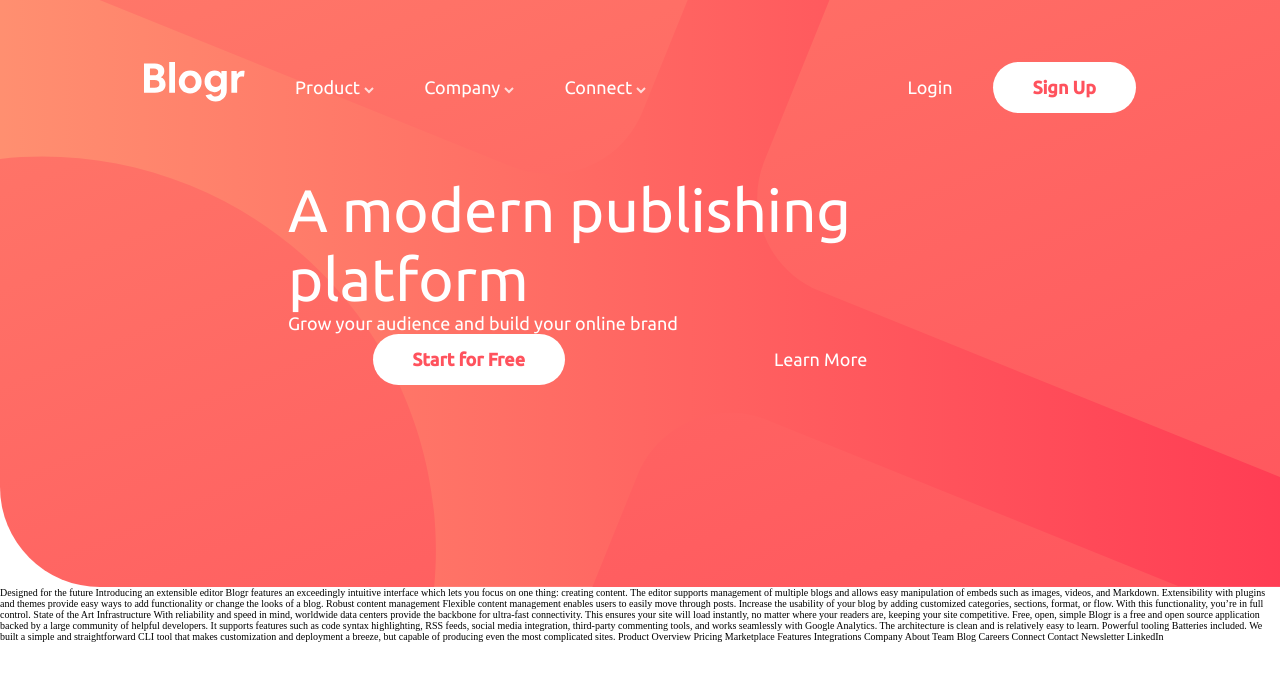
Repository: tomas938/tomaspage3
Page: index.html
These files come from the project's save history. The page is drawn as it stood at one moment and after the next save; the edit follows.
The browser window is 1280 px wide. The pictures show the whole page.
The style sheet was rebuilt from its Sass, Less or Tailwind sources for each picture, by a compiler version that may differ from the author's.

Above is the page before, as saved 2021-07-30 09:17:56.

### index.html
<!DOCTYPE html>
<html lang="en">
	<head>
		<meta charset="UTF-8" />
		<meta name="viewport" content="width=device-width, initial-scale=1.0" />
		<!-- displays site properly based on user's device -->

		<link
			rel="icon"
			type="image/png"
			sizes="32x32"
			href="./images/favicon-32x32.png"
		/>

		<title>Frontend Mentor | [Blogr]</title>

		<link rel="stylesheet" href="./scss/main.css" />
	</head>
	<body>
		<section class="intro">
			<header>
				<nav class="intro__navigation">
					<div class="intro__navigation__logo">
						<svg width="101" height="40" xmlns="http://www.w3.org/2000/svg">
							<path
								d="M0 30.803V1.486h10.653c1.982 0 3.695.31 5.14.93 1.446.619 2.56 1.5 3.345 2.642.785 1.142 1.177 2.484 1.177 4.026 0 1.404-.303 2.636-.909 3.695a6.48 6.48 0 01-2.56 2.498c1.487.578 2.643 1.494 3.469 2.746.826 1.253 1.239 2.732 1.239 4.439 0 1.707-.44 3.18-1.322 4.418-.88 1.239-2.12 2.202-3.716 2.89-1.596.688-3.482 1.033-5.657 1.033H0zM5.946 6.565v6.73h4.046c1.35 0 2.388-.282 3.118-.846.73-.564 1.094-1.397 1.094-2.498 0-1.101-.365-1.94-1.094-2.519-.73-.578-1.769-.867-3.118-.867H5.946zm0 19.159h4.624c1.542 0 2.732-.33 3.572-.991.84-.66 1.26-1.61 1.26-2.85 0-1.238-.42-2.188-1.26-2.848-.84-.66-2.03-.991-3.572-.991H5.946v7.68zm19.282 5.079V0h5.781v30.803h-5.78zm20.893.619c-1.624 0-3.124-.29-4.5-.867a10.94 10.94 0 01-3.593-2.416 10.96 10.96 0 01-2.374-3.654c-.564-1.404-.846-2.931-.846-4.583 0-1.652.289-3.173.867-4.563a11.354 11.354 0 012.415-3.654 10.96 10.96 0 013.634-2.436c1.39-.578 2.91-.867 4.562-.867 1.625 0 3.125.289 4.501.867a10.94 10.94 0 013.592 2.416 11.01 11.01 0 012.375 3.633c.564 1.39.846 2.911.846 4.563 0 1.651-.289 3.179-.867 4.583a11.297 11.297 0 01-2.416 3.675 10.96 10.96 0 01-3.633 2.436c-1.39.578-2.911.867-4.563.867zm.083-5.203c1.046 0 1.982-.275 2.808-.825.825-.551 1.48-1.301 1.96-2.25.483-.95.723-2.03.723-3.242 0-1.211-.24-2.292-.722-3.241-.482-.95-1.136-1.7-1.961-2.25-.826-.551-1.762-.826-2.808-.826-1.046 0-1.982.275-2.808.825-.826.55-1.48 1.301-1.961 2.25-.482.95-.723 2.03-.723 3.242 0 1.211.241 2.292.723 3.241.482.95 1.135 1.7 1.961 2.25.826.551 1.762.826 2.808.826zm24.155 3.964a9.13 9.13 0 01-3.86-.826 9.492 9.492 0 01-3.118-2.291c-.881-.977-1.57-2.12-2.065-3.427-.495-1.308-.743-2.719-.743-4.233 0-1.569.255-3.02.764-4.356a10.614 10.614 0 012.147-3.489 10.174 10.174 0 013.22-2.333c1.225-.564 2.554-.846 3.985-.846 1.404 0 2.67.282 3.799.846a7.402 7.402 0 012.807 2.457l.124-2.684h5.327v19.2c0 1.68-.269 3.207-.805 4.584-.537 1.376-1.301 2.56-2.292 3.55a10.231 10.231 0 01-3.53 2.292c-1.363.537-2.87.805-4.522.805-1.624 0-3.083-.254-4.376-.764a10.468 10.468 0 01-3.386-2.126 10.035 10.035 0 01-2.271-3.18L67.097 32a5.452 5.452 0 001.92 1.879c.784.454 1.672.681 2.663.681 1.074 0 2.003-.24 2.787-.723.785-.481 1.397-1.156 1.838-2.023.44-.867.66-1.879.66-3.035v-1.775a7.793 7.793 0 01-2.828 2.333c-1.143.564-2.402.846-3.778.846zm1.404-5.12c1.018 0 1.92-.254 2.704-.764a5.556 5.556 0 001.879-2.064c.468-.867.702-1.851.702-2.952 0-1.102-.234-2.086-.702-2.953a5.556 5.556 0 00-1.879-2.064c-.784-.51-1.686-.764-2.704-.764-1.019 0-1.92.255-2.705.764a5.556 5.556 0 00-1.879 2.064c-.468.867-.702 1.851-.702 2.953 0 1.1.234 2.085.702 2.952a5.556 5.556 0 001.88 2.064c.784.51 1.685.764 2.704.764zm15.607 5.74V9h5.327l.206 3.304c.55-1.157 1.294-2.044 2.23-2.664.936-.62 2.037-.929 3.303-.929.386 0 .77.035 1.156.103.386.07.73.159 1.033.269l-.62 5.698a4.361 4.361 0 00-.929-.227 7.495 7.495 0 00-.97-.062c-1.597 0-2.822.489-3.675 1.466-.853.977-1.28 2.36-1.28 4.15v10.694h-5.78z"
								fill="#FFF"
								fill-rule="nonzero"
							/>
						</svg>
						<ul>
							<li>
								<a href="#">Product</a>
								<svg xmlns="http://www.w3.org/2000/svg" width="10" height="7">
									<path
										fill="none"
										stroke="#FFF"
										stroke-width="2"
										opacity=".75"
										d="M1 1l4 4 4-4"
									/>
								</svg>
							</li>
							<li>
								<a href="#">Company</a>
								<svg xmlns="http://www.w3.org/2000/svg" width="10" height="7">
									<path
										fill="none"
										stroke="#FFF"
										stroke-width="2"
										opacity=".75"
										d="M1 1l4 4 4-4"
									/>
								</svg>
							</li>
							<li>
								<a href="#">Connect</a>
								<svg xmlns="http://www.w3.org/2000/svg" width="10" height="7">
									<path
										fill="none"
										stroke="#FFF"
										stroke-width="2"
										opacity=".75"
										d="M1 1l4 4 4-4"
									/>
								</svg>
							</li>
						</ul>
					</div>
					<div class="intro__navigation__login">
						<div class="button button--1">Login</div>
						<div class="button button--2">Sign Up</div>
					</div>
				</nav>
			</header>
			<div class="intro__description">
				<h1>A modern publishing platform</h1>
				<p>Grow your audience and build your online brand</p>
				<div class="intro__description__buttons">
					<div class="button button--2">Start for Free</div>
					<div class="button button--3">Learn More</div>
				</div>
			</div>
		</section>

		Designed for the future Introducing an extensible editor Blogr features an
		exceedingly intuitive interface which lets you focus on one thing: creating
		content. The editor supports management of multiple blogs and allows easy
		manipulation of embeds such as images, videos, and Markdown. Extensibility
		with plugins and themes provide easy ways to add functionality or change the
		looks of a blog. Robust content management Flexible content management
		enables users to easily move through posts. Increase the usability of your
		blog by adding customized categories, sections, format, or flow. With this
		functionality, you’re in full control. State of the Art Infrastructure With
		reliability and speed in mind, worldwide data centers provide the backbone
		for ultra-fast connectivity. This ensures your site will load instantly, no
		matter where your readers are, keeping your site competitive. Free, open,
		simple Blogr is a free and open source application backed by a large
		community of helpful developers. It supports features such as code syntax
		highlighting, RSS feeds, social media integration, third-party commenting
		tools, and works seamlessly with Google Analytics. The architecture is clean
		and is relatively easy to learn. Powerful tooling Batteries included. We
		built a simple and straightforward CLI tool that makes customization and
		deployment a breeze, but capable of producing even the most complicated
		sites. Product Overview Pricing Marketplace Features Integrations Company
		About Team Blog Careers Connect Contact Newsletter LinkedIn
	</body>
</html>

### scss/main.scss
@import "../scss_partials/variables";
@import "../scss_partials/resets";
@import "../scss_partials/intro";

### scss_partials/_variables.scss
//Colors

/* PRIMARY */

$light-red: hsl(356, 100%, 66%);
$very-light-red: hsl(355, 100%, 74%);
$very-dark-blue: hsl(208, 49%, 24%);

/* NEUTRAL */

$white: hsl(0, 0%, 100%);
$grayish-blue: hsl(240, 2%, 79%); //Footer Text
$very-dark-grayish-blue: hsl(207, 13%, 34%);
$very-dark-black-blue: hsl(240, 10%, 16%); //Footer Background

/* GRADIENT */

$very-light-red-gradient: hsl(13, 100%, 72%); // Intro /CTA
$light-red-gradient: hsl(353, 100%, 62%); // Intro /CTA

$very-dark-gray-blue: hsl(237, 17%, 21%); // Background body gradient
$very-dark-desaturated-blue: hsl(237, 23%, 32%); // Background body gradient

//Fonts

@import url("https://fonts.googleapis.com/css2?family=Overpass:wght@300;600&display=swap");

$font-primary: "Overpass", sans-serif;
$font-weight-primary-light: 300;
$font-weight-primary-bold: 600;

@import url("https://fonts.googleapis.com/css2?family=Ubuntu:ital,wght@0,400;0,500;1,700&display=swap");

$font-secondary: "Ubuntu", sans-serif;

$font-weight-secondary-light: 400;
$font-weight-secondary-medium: 500;
$font-weight-secondary-bold: 700;

### scss_partials/_resets.scss
* {
	margin: 0;
	padding: 0;
	box-sizing: border-box;
}
html {
	font-size: 62.5%;
}
li {
	list-style: none;
}
a {
	text-decoration: none;
}

### scss_partials/_intro.scss
.intro {
	height: 81.5vh;
	background-image: url(../images/bg-pattern-intro.svg),
		linear-gradient(to right, $very-light-red-gradient, $light-red-gradient);
	background-position: center center;
	border-bottom-left-radius: 10rem;
	font-family: $font-secondary;
	font-weight: $font-weight-secondary-light;
	color: $white;
	font-size: 1.8rem;
	header {
		width: 100%;
	}
	&__navigation {
		width: 77.5%;
		margin: auto;
		padding: 6.2rem 0;
		display: flex;
		justify-content: space-between;
		&__logo {
			display: flex;
		}
		ul {
			display: flex;
			align-items: center;
		}
		li {
			margin-left: 5rem;
		}

		a {
			color: $white;
		}
		&__login {
			display: flex;
			align-items: center;
		}
	}
	&__description {
		width: 55%;
		margin: auto;
		h1 {
			font-size: 6rem;
			font-weight: $font-weight-secondary-light;
		}
		p {
		}
		&__buttons {
			display: flex;
			justify-content: space-around;
		}
	}
}
.button {
	cursor: pointer;
	padding: 1.5rem 4rem;
	border-radius: 3rem;
}
.button--2 {
	background-color: $white;
	color: $light-red;
	font-family: $font-secondary;
	font-weight: $font-weight-secondary-bold;
	transition: all 0.3s ease-in-out;
}
.button--2:hover {
	background-color: hsla(0, 0%, 100%, 0.267);
	color: $white;
}

After the next save:
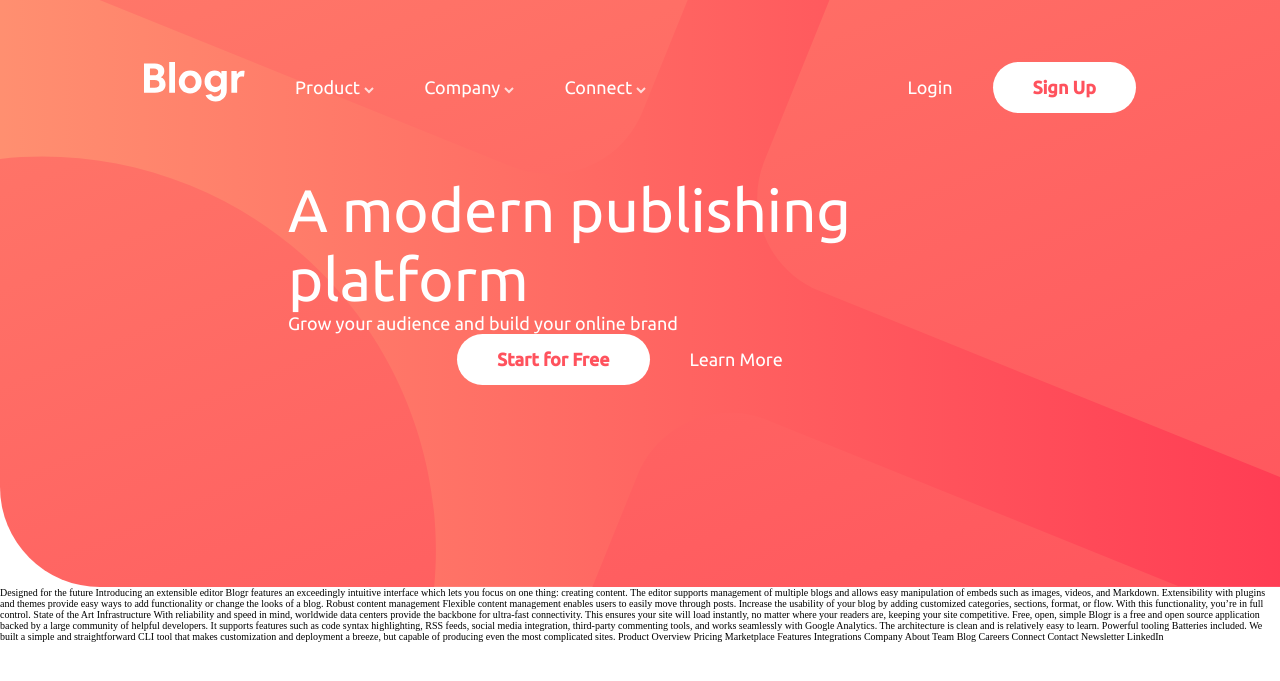
Saved 4 s later.
--- a/scss_partials/_intro.scss
+++ b/scss_partials/_intro.scss
@@ -47,7 +47,7 @@
 		}
 		&__buttons {
 			display: flex;
-			justify-content: space-around;
+			justify-content: center;
 		}
 	}
 }
